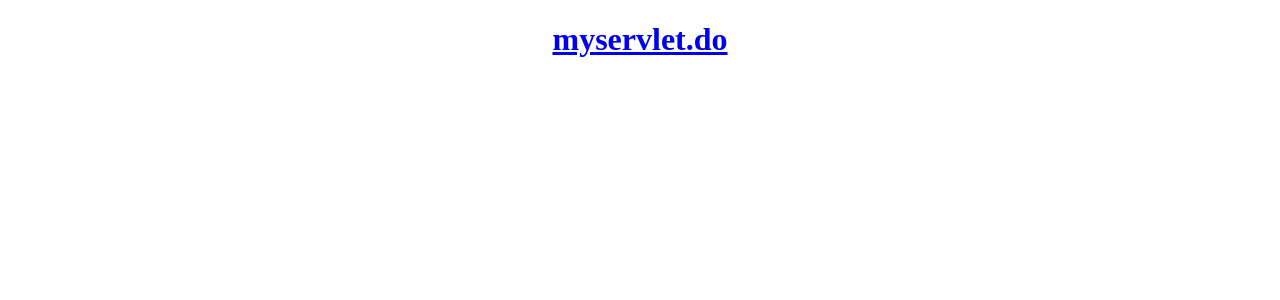
Repository: govltjsdnd24/SSAFY_BackEnd
Page: LocalServletJspEx/WebContent/index.html
An editor plug-in stored every save of this project. The page is shown before and after the next save, followed by the edit.
The browser window is 1280 px wide. The pictures show the whole page.

Above is the page before, as saved 2023-09-14 04:48:55.

After the next save:
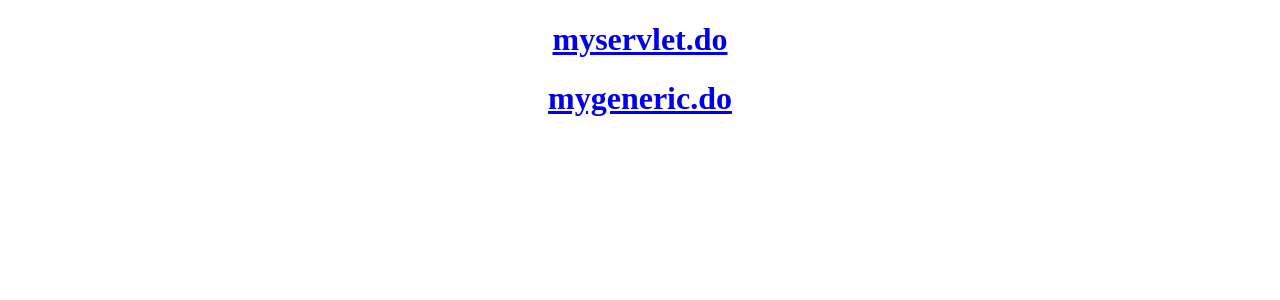
Saved 7 s later.
--- a/LocalServletJspEx/WebContent/index.html
+++ b/LocalServletJspEx/WebContent/index.html
@@ -7,7 +7,7 @@
 <body>
 	<div align="center">
 		<h1> <a href="myservlet.do">myservlet.do</a></h1>
-		<h1> <a href="mygeneric.do"></a></h1>
+		<h1> <a href="mygeneric.do">mygeneric.do</a></h1>
 	</div>
 </body>
 </html>
